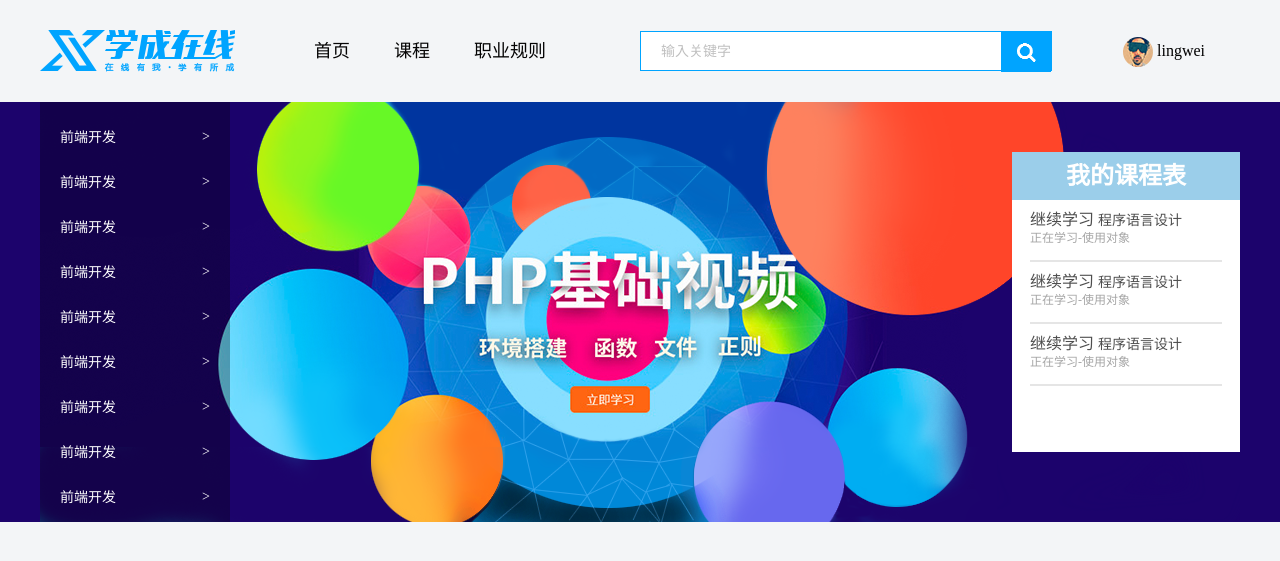
Repository: DengBiHua/xcdx
Page: index.html
The author's editor kept a copy of each file at every save. The page is drawn from the files as they stood at one save, then again after the next save.
The browser window is 1280 px wide. The pictures show the whole page.

Above is the page before, as saved 2022-04-14 17:19:37.

### index.html
<!DOCTYPE html>
<html lang="en">
<head>
    <meta charset="UTF-8">
    <meta http-equiv="X-UA-Compatible" content="IE=edge">
    <meta name="viewport" content="width=device-width, initial-scale=1.0">
    <title>学成在线</title>
    <link rel="stylesheet" href="css/index.css">
</head>
<body>
    <!-- 头部 -->
    <div class="header wrapper">
        <h1>
            <a href="#">
                <img src="images/logo.png" alt="">
            </a>
        </h1>
        <!-- 导航 -->
        <div class="nav">
            <ul>
                <li><a href="#">首页</a></li>
                <li><a href="#">课程</a></li>
                <li><a href="#">职业规则</a></li>
            </ul>
        </div>
        <!-- 搜索 -->
        <div class="search">
            <input type="text" placeholder="输入关键字">
            <button></button>
        </div>
        <!-- 用户 -->
        <div class="user">
            <img src="./images/user.png" alt="">
            <span>lingwei</span>
        </div>
    </div>
    <div class="banner">
        <div class="wrapper">
            <div class="left">
                <ul>
                    <li><a href="#">前端开发<span>></span></a></li>
                    <li><a href="#">前端开发<span>></span></a></li>
                    <li><a href="#">前端开发<span>></span></a></li>
                    <li><a href="#">前端开发<span>></span></a></li>
                    <li><a href="#">前端开发<span>></span></a></li>
                    <li><a href="#">前端开发<span>></span></a></li>
                    <li><a href="#">前端开发<span>></span></a></li>
                    <li><a href="#">前端开发<span>></span></a></li>
                    <li><a href="#">前端开发<span>></span></a></li>
                </ul>
            </div>
            <div class="right">
                <h2>我的课程表</h2>
                <div class="content">
                    <dl>
                        <dt>
                            <span class="titleLeft">继续学习</span>
                            <span class="titleRight">程序语言设计</span>
                        </dt>
                        <dd>正在学习-使用对象</dd>
                    </dl>
                    <dl>
                        <dt>
                            <span class="titleLeft">继续学习</span>
                            <span class="titleRight">程序语言设计</span>
                        </dt>
                        <dd>正在学习-使用对象</dd>
                    </dl>
                    <dl>
                        <dt>
                            <span class="titleLeft">继续学习</span>
                            <span class="titleRight">程序语言设计</span>
                        </dt>
                        <dd>正在学习-使用对象</dd>
                    </dl>
                </div>
            </div>
        </div>
    </div>
</body>
</html>

### css/index.css
/* css代码顺序
1、浮动/display
2、盒子模型
3、文字样式
 */

/* 通用模版 */
* {
    margin: 0;
    padding: 0;
    /* 内减模式 */
    box-sizing: border-box;
}
li {
    /* 清除列表前方小圆点 */
    list-style-type: none;
}
a {
    /* 去除超链接文字的下划线 */
    text-decoration: none;
}
.clearfix::before,.clearfix::after {
    content: "";
    display: table;
}
.clearfix::after {
    clear: both;
}

/* 版心 */
.wrapper {
    width: 1200px;
    margin: 0 auto;
}

body {
    background-color: #f3f5f7;
}

/* 头部 */
.header {
    height: 42px;
    margin: 30px auto;
}

h1 {
    float: left;
}

/* 导航 */
.nav {
    float: left;

    height: 42px;
    margin-left: 70px;
}

.nav li {
    float: left;

    margin-right: 26px;
}

.nav li a {
    display: block;

    padding: 0 9px;
    height: 42px;
    line-height: 42px;

    font-size: 18px;
    color: #050505;
}

.nav li a:hover {
    border-bottom: 2px solid #00a4ff;
}

.search {
    float: left;
    margin-left: 59px;
    margin-top: 1px;
    width: 412px;
    height: 40px;
    border: 1px solid #00a4ff;
}

.search input {
    float: left;
    padding-left: 20px;
    width: 360px;
    height: 38px;
    border: 0;
}

.search input::placeholder {
    font-size: 14px;
    color: #bfbfbf;
}

.search button {
    float: left;
    width: 50px;
    height: 40px;
    background-image: url(../images/btn.png);
    border: 0;
}

.user {
    float: right;
    margin-right: 35px;
    height: 42px;
    line-height: 42px;
}

.user img {
    /* 调节图片垂直方向对齐方式 */
    vertical-align: middle;
}

.banner {
    height: 420px;
    background-color: #1c036c;
}

.banner .wrapper {
    height: 420px;
    background-image: url(../images/banner2.png);
}

.banner .left {
    float: left;
    padding: 0 20px;
    width: 190px;
    height: 420px;
    background-color: rgba(0, 0, 0, 0.3);
    line-height: 44px;
}

.banner ul {
    margin-top: 13px;
}

.banner a {
    font-size: 14px;
    color: #ffffff;
}

.banner a:hover {
    color: #00b4ff;
}

.banner .left span {
    float: right;
}

.banner .right {
    float: right;
    margin-top: 50px;
    width: 228px;
    height: 300px;
    background-color: #ffffff;
}

.banner .right h2 {
    height: 48px;
    background-color: #9bceea;
    font: 18px;
    color: #ffffff;
    text-align: center;
    line-height: 48px;
}

.banner .content {
    padding: 0 18px;
}

.banner .right dl {
    padding: 12px 0;
    border-bottom: 2px solid #e5e5e5;
}

.banner .right .content dt {
    /* display: block; */
    color: #4e4e4e;
    height: 16px;
    line-height: 16px;
}

.banner .right .titleLeft {
    font-size: 16px;
}

.banner .right .titleRight {
    font-size: 14px;
}

.banner .right .content dd {
    color: #a5a5a5;
    font-size: 12px;
    line-height: 20px;
}

After the next save:
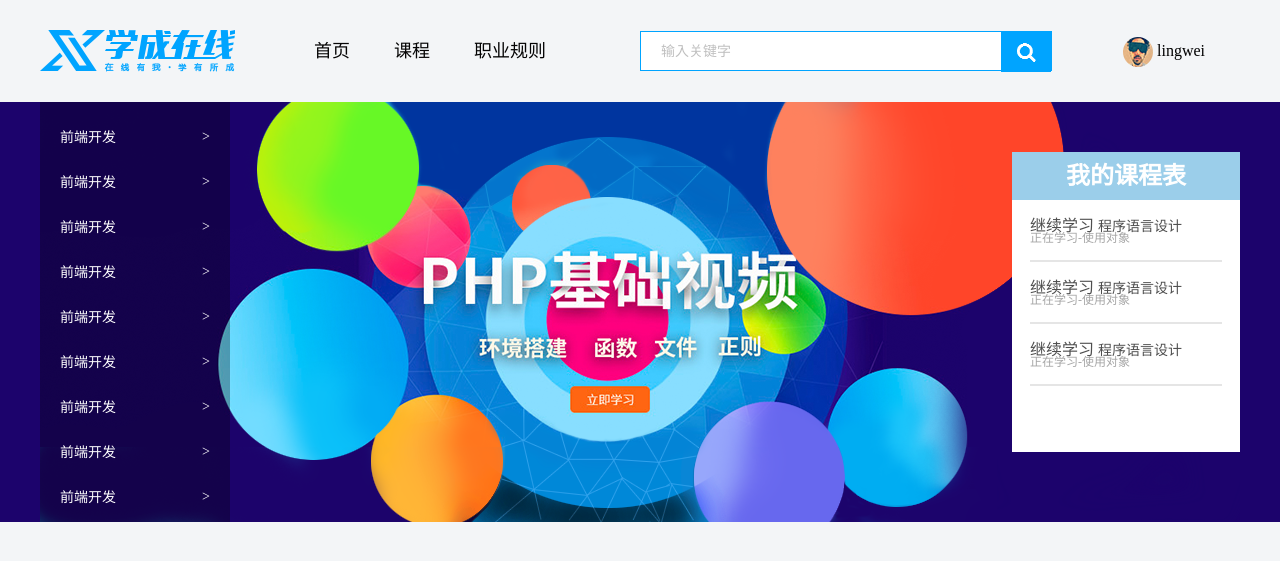
Saved 35 s later.
--- a/css/index.css
+++ b/css/index.css
@@ -181,10 +181,9 @@
 }
 
 .banner .right .content dt {
-    /* display: block; */
     color: #4e4e4e;
     height: 16px;
-    line-height: 16px;
+    /* line-height: 16px; */
 }
 
 .banner .right .titleLeft {

After the save that followed:
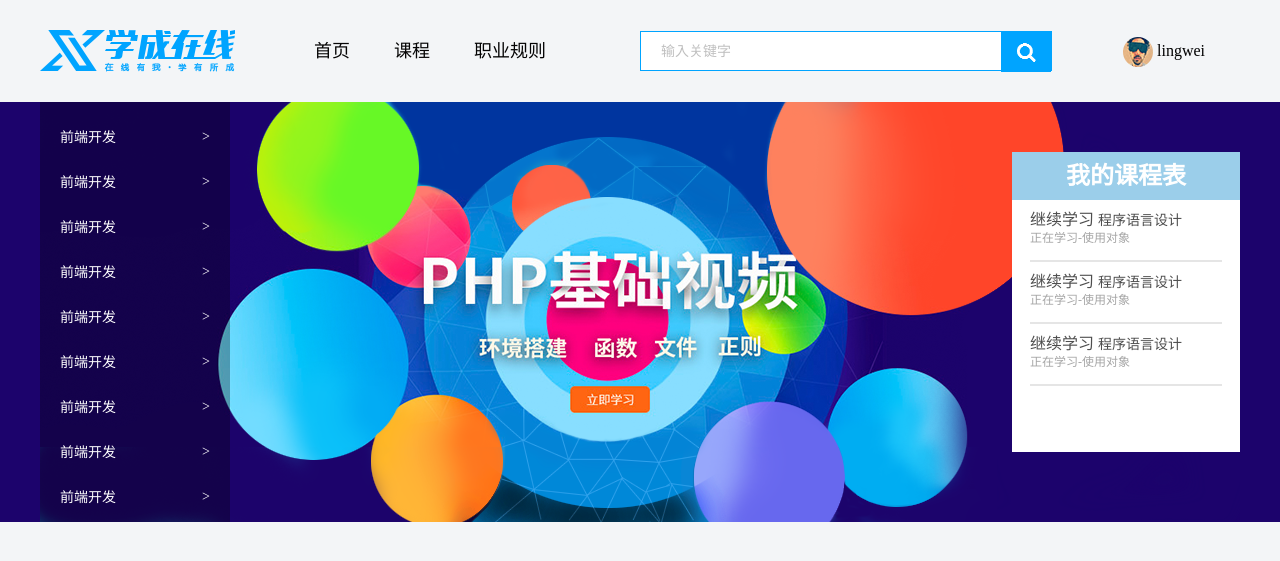
Saved 13 s later.
--- a/css/index.css
+++ b/css/index.css
@@ -183,7 +183,7 @@
 .banner .right .content dt {
     color: #4e4e4e;
     height: 16px;
-    /* line-height: 16px; */
+    line-height: 16px;
 }
 
 .banner .right .titleLeft {
